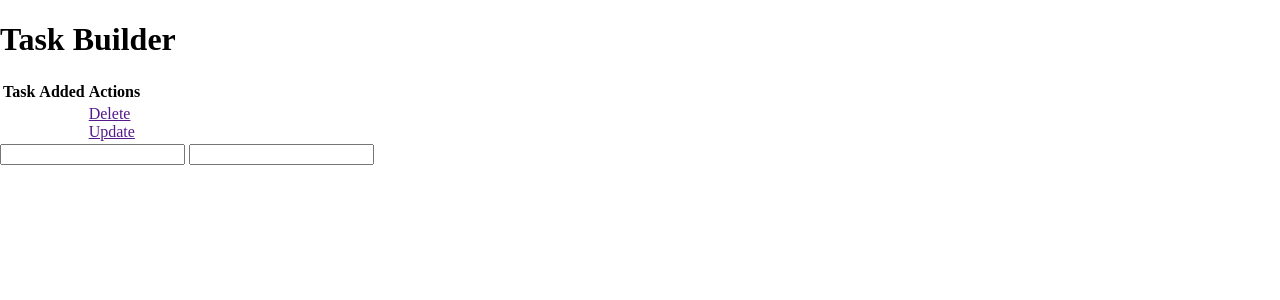
Repository: inno03/flask-test
Page: http://localhost/
These files come from the project's save history. The page is drawn as it stood at one moment and after the next save; the edit follows.
The browser window is 1280 px wide. The pictures show the whole page.
The page is served by the project's application, run on Flask 3 (app.py).

Above is the page before, as saved 2023-08-11 06:25:11.

After the next save:
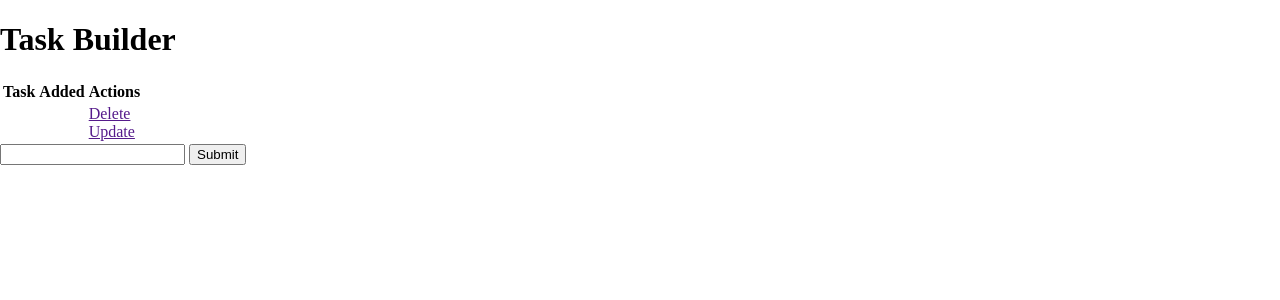
Saved 6 s later.
--- a/templates/index.html
+++ b/templates/index.html
@@ -26,7 +26,7 @@
       </table>
       <form action="/" method="POST">
         <input type="text" name="content" id="content">
-        <input type=""
+        <input type="submit"
       </div>
 
 {% endblock %}
